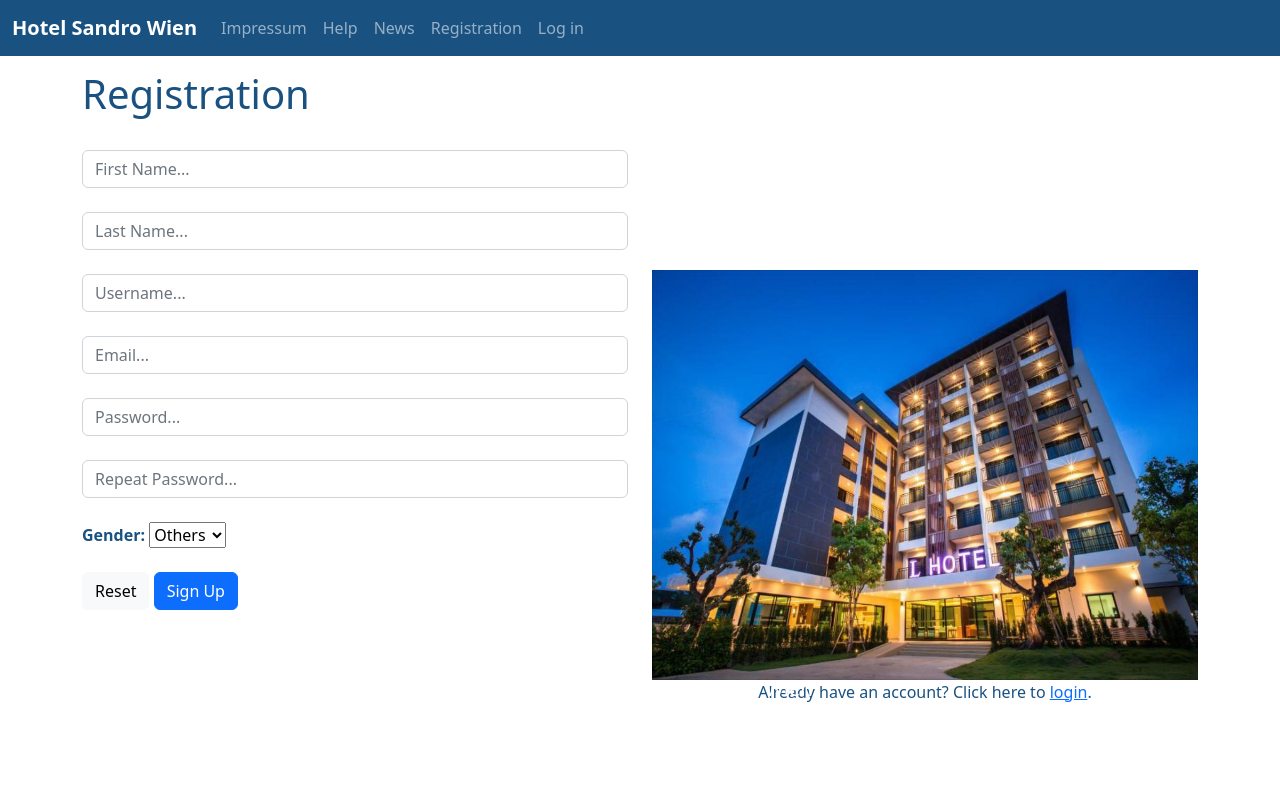
Repository: TIS0N/Hotel_Sandro
Page: http://localhost/pages/registration.php
The author's editor kept a copy of each file at every save. The page is drawn from the files as they stood at one save, then again after the next save.
The browser window is 1280 px wide. The pictures show the whole page.
The page is run by PHP 8.4 with error messages shown; the project is at /var/www/html/.

Above is the page before, as saved 2023-01-16 00:37:57.

### pages/registration.php
<!DOCTYPE html>
<html lang="en">
<head>
    <meta charset="UTF-8">
    <meta http-equiv="X-UA-Compatible" content="IE=edge">
    <meta name="viewport" content="width=device-width, initial-scale=1.0">
    <link href="https://cdn.jsdelivr.net/npm/bootstrap@5.2.2/dist/css/bootstrap.min.css" rel="stylesheet" integrity="sha384-Zenh87qX5JnK2Jl0vWa8Ck2rdkQ2Bzep5IDxbcnCeuOxjzrPF/et3URy9Bv1WTRi" crossorigin="anonymous">
    <script src="https://cdn.jsdelivr.net/npm/bootstrap@5.2.2/dist/js/bootstrap.bundle.min.js" integrity="sha384-OERcA2EqjJCMA+/3y+gxIOqMEjwtxJY7qPCqsdltbNJuaOe923+mo//f6V8Qbsw3" crossorigin="anonymous"></script>
    <link rel="stylesheet" href="../res/css/stylesheet.css"/>
    <title>Hotel Sandro Wien - Sign In</title>
</head>
<body id="body">

<?php
include "../inc/navigation.php";
?>
<!--
    <h1>Registration</h1><br>

    <section class="signup-form">
            <form id="registration-form" action="../inc/signup.inc.php" method="post">
                <input type="text" class="form-control" name="fname" placeholder="First Name..."></br>
                <input type="text" class="form-control" name="lname" placeholder="Last Name..."></br>
                <input type="text" class="form-control" name="usersUid" placeholder="Username..."></br>
                <input type="email" class="form-control" name="email" placeholder="Email..."></br>
                <input type="password" class="form-control" name="pwd" placeholder="Password..."></br>
                <input type="password" class="form-control" name="password2" placeholder="Repeat Password..."></br>

                <strong>Gender:</strong>
                <select name="gender">
                    <option value="others">Others</option>
                    <option value="male">Male</option>
                    <option value="female">Female</option>
                </select><br><br>
                <button class="btn btn-light" type="reset" name="reset">Reset</button>
                <button class="btn btn-primary" type="submit" name="submit">Sign Up</button>
            </form>
-->
            <?php
                if(isset($_GET["error"])){
                    if($_GET["error"] == "emptyinput"){
                        echo "<p>Fill in all fields</p>";
                    } else if($_GET["error"] == "invalidemail"){
                        echo "<p>Email not found!</p>";
                    }else if($_GET["error"] == "passwordsnotmatch"){
                        echo "<p>Passwords dont match!</p>";
                    }else if($_GET["error"] == "Emailexists"){
                        echo "<p>User with this e-mail already exists!</p>";
                    }else if($_GET["error"] == "statementfailed"){
                        echo "<p>Something went wrong. Try again!</p>";
                    }else if($_GET["error"] == "None") {
                        echo "<p>User signed up!</p>";
                }
                }
            ?>
<!--
            <br><p>Already have an account? Click here to <a href="login.php">login</a>.</p>
-->
    </section>

    <div class="container text-start" id="impressum">
        <div class="row align-items-starts">
            <div class="col-12 col-md-6">
                <h1>Registration</h1><br>
                <section class="signup-form">
                    <form id="registration-form" action="../inc/signup.inc.php" method="post">
                        <input type="text" class="form-control" name="fname" placeholder="First Name..."></br>
                        <input type="text" class="form-control" name="lname" placeholder="Last Name..."></br>
                        <input type="text" class="form-control" name="usersUid" placeholder="Username..."></br>
                        <input type="email" class="form-control" name="email" placeholder="Email..."></br>
                        <input type="password" class="form-control" name="pwd" placeholder="Password..."></br>
                        <input type="password" class="form-control" name="password2" placeholder="Repeat Password..."></br>

                        <strong>Gender:</strong>
                        <select name="gender">
                            <option value="others">Others</option>
                            <option value="male">Male</option>
                            <option value="female">Female</option>
                        </select><br><br>

                        <button class="btn btn-light" type="reset" name="reset">Reset</button>
                        <button class="btn btn-primary" type="submit" name="submit">Sign Up</button>
                    </form>

                    <?php
                        if(isset($_GET["error"])){
                            if($_GET["error"] == "emptyinput"){
                                echo "<p>Fill in all fields</p>";
                            } else if($_GET["error"] == "invalidemail"){
                                echo "<p>Email not found!</p>";
                            }else if($_GET["error"] == "passwordsnotmatch"){
                                echo "<p>Passwords dont match!</p>";
                            }else if($_GET["error"] == "Emailexists"){
                                echo "<p>User with this e-mail already exists!</p>";
                            }else if($_GET["error"] == "statementfailed"){
                                echo "<p>Something went wrong. Try again!</p>";
                            }else if($_GET["error"] == "None") {
                                echo "<p>User signed up!</p>";
                            }
                        }
                    ?>
<!--
                    <br><p>Already have an account? Click here to <a href="login.php">login</a>.</p>
-->
                </section>
            </div>
            <div class="col-12 col-md-6" style="text-align: center; padding-top: 200px;">
            <img src="../res/img/hotel.jpg" id="hotelSandroPhoto" alt="Photo of Hotel Sandro Wien">
                <br><p>Already have an account? Click here to <a href="login.php">login</a>.</p>
            </div>
        </div>
    </div>







<?php
include "footer.php";
?>

</body>
</html>

### inc/navigation.php
<?php
    if(file_exists("./index.php")){
        $includePath = ".";
    }
    else{
        $includePath = "..";
    }

    include_once "$includePath/config/dbaccess.php";
?>

<div id="navBar">
        <nav class="navbar fixed-top navbar-expand-lg navbar-dark" style="background-color: #195181;">
            <div class="container-fluid">
                <a class="navbar-brand" href= <?php echo "$includePath/index.php"?> style="color: rgb(255, 255, 255);"><strong>Hotel Sandro Wien</strong></a>
                <button class="navbar-toggler" type="button" data-bs-toggle="collapse" data-bs-target="#navbarNav" aria-controls="navbarNav" aria-expanded="false" aria-label="Toggle navigation">
                    <span class="navbar-toggler-icon"></span>
                </button>
                <div class="collapse navbar-collapse" id="navbarNav">
                    <ul class="navbar-nav">
                        <li class="nav-item">
                            <a class="nav-link"href= <?php echo "$includePath/pages/impressum.php"?> class="navbar-brand">Impressum</a>
                        </li>
                        <li class="nav-item">
                            <a class="nav-link" href=<?php echo "$includePath/pages/help.php"?> class="navbar-brand">Help</a>
                        </li>
                        <li class="nav-item">
                            <a class="nav-link" href=<?php echo "$includePath/pages/news.php"?> class="navbar-brand">News</a>
                        </li>

                        <?php
                        if(isset($_SESSION["useruid"])){
                            $userID = "SELECT id FROM users";
                            echo "<li class='nav-item'><a class='nav-link' href=" . "$includePath/pages/profile.php" . " class='navbar-brand'>Profile</a></li>";
                            echo "<li class='nav-item'><a class='nav-link' href=" . "$includePath/inc/logout.inc.php" . " class='navbar-brand'>Log out</a></li>";
                        }else{
                            echo "<li class='nav-item'><a class='nav-link' href=" . "$includePath/pages/registration.php" . " class='navbar-brand'>Registration</a></li>";
                            echo "<li class='nav-item'><a class='nav-link' href=" . "$includePath/pages/login.php" . " class='navbar-brand'>Log in</a></li>";
                        }
                        ?>

                    </ul>
                </div>
            </div>
        </nav>
    </div>

### config/dbaccess.php
<?php
    $host = "localhost";
    $username = "root";
    $password = "";
    $database = "hotelsandrodb";

    $conn=mysqli_connect($host, $username, $password, $database);

    if(!$conn){
        die("Connection failed: ".mysqli_connect_error());
    }
?>

### pages/footer.php
<footer class="bg text-white text-center justify-content-center fixed-bottom" style="color:#195181;">
      <div class="container">
        <p class="lead">Copyright &copy; 2022 Hotel Sandro Wien</p>

        <a href="index.php" class="position-absolute bottom-0 end-0 p-5">
          <i class="bi bi-arrow-up-circle h1"></i>
        </a>
      </div>
    </footer>

### res/css/stylesheet.css
body{
    /*background-color: rgb(63, 72, 84);*/
    background-color: white;
    color: #195181;
    padding-top: 70px;
    padding-bottom: 70px;
    text-align: center;
    /*font-family: cursive;*/
}

#hotelSandroPhoto{
    width: 600px;
    max-width: 100%;
    aspect-ratio: 4/3;
}

#formular{
    background-color: #195181;
    /*border-radius: 10px;*/
    border-color: rgb(255, 255, 255);
    border-style: double;
}

table{
    font-family: arial, sans-serif;
  border-collapse: collapse;
  width: 100%;
}

td, th {
  border: 1px solid #dddddd;
  text-align: left;
  padding: 8px;
}

tr:nth-child(even) {
  background-color: #dddddd;
}
/*
#registration-form{
    padding-left: 600px;
    padding-right: 600px;

}
*/

After the next save:
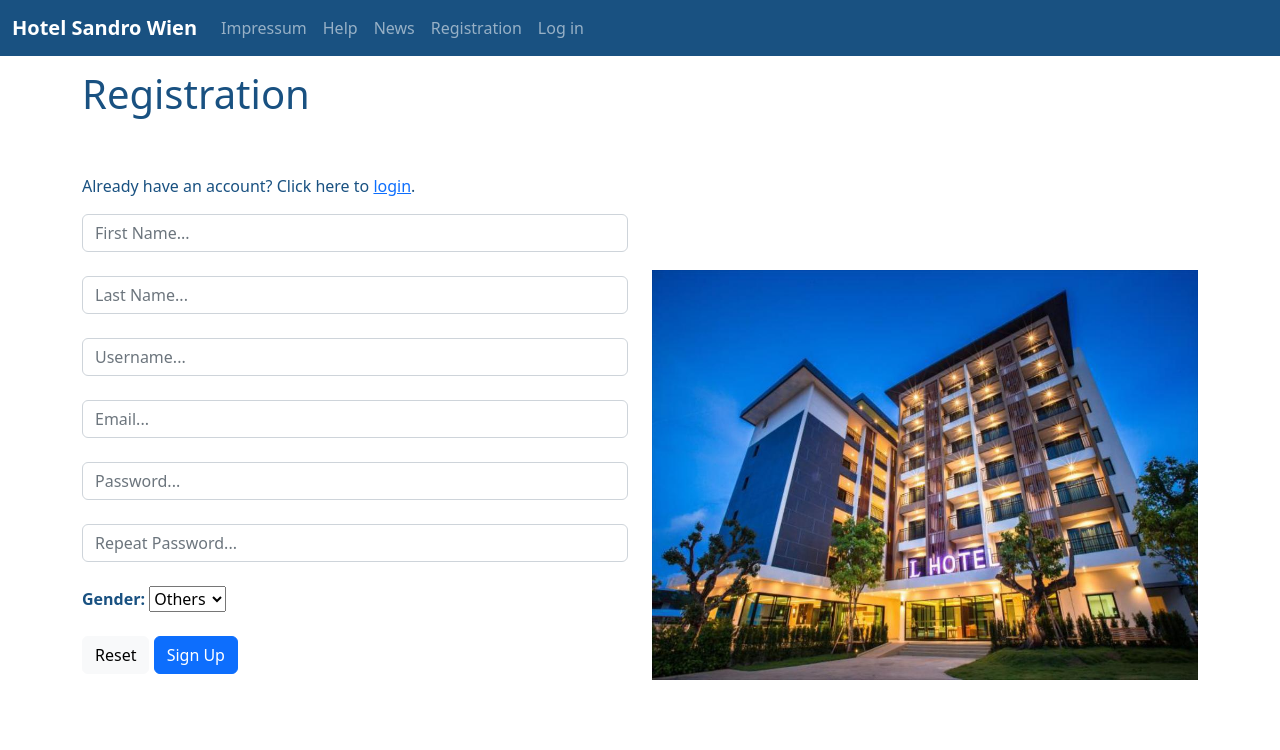
Saved 16 s later.
--- a/pages/registration.php
+++ b/pages/registration.php
@@ -62,6 +62,7 @@ include "../inc/navigation.php";
         <div class="row align-items-starts">
             <div class="col-12 col-md-6">
                 <h1>Registration</h1><br>
+                <br><p>Already have an account? Click here to <a href="login.php">login</a>.</p>
                 <section class="signup-form">
                     <form id="registration-form" action="../inc/signup.inc.php" method="post">
                         <input type="text" class="form-control" name="fname" placeholder="First Name..."></br>
@@ -105,8 +106,7 @@ include "../inc/navigation.php";
                 </section>
             </div>
             <div class="col-12 col-md-6" style="text-align: center; padding-top: 200px;">
-            <img src="../res/img/hotel.jpg" id="hotelSandroPhoto" alt="Photo of Hotel Sandro Wien">
-                <br><p>Already have an account? Click here to <a href="login.php">login</a>.</p>
+                <img src="../res/img/hotel.jpg" id="hotelSandroPhoto" alt="Photo of Hotel Sandro Wien">
             </div>
         </div>
     </div>
